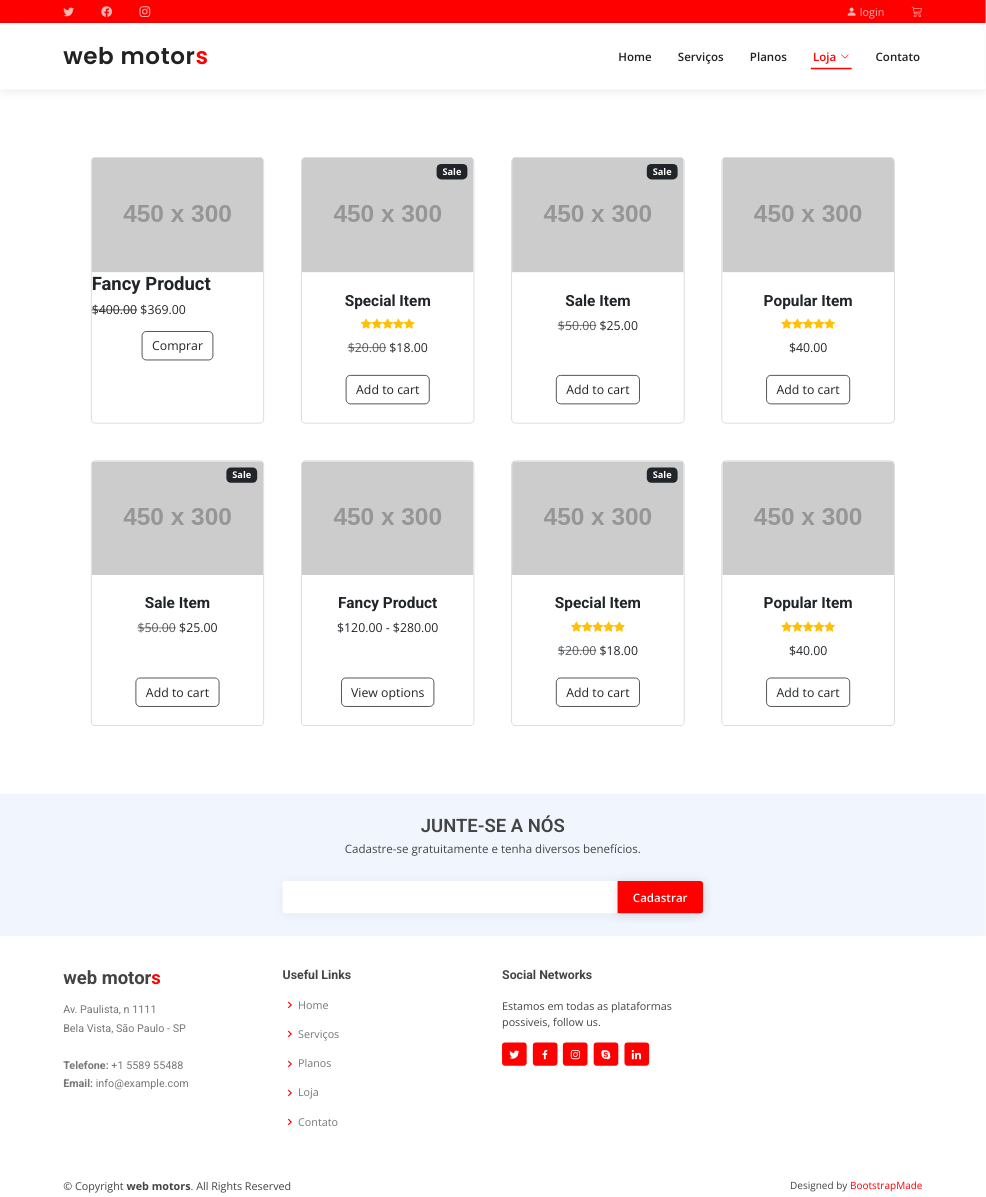
Repository: 01nethy/WebMotors
Page: produtos.html
These files come from the project's save history. The page is drawn as it stood at one moment and after the next save; the edit follows.
The browser window is 1280 px wide. The pictures show the whole page, at 77% of full size.

Above is the page before, as saved 2023-12-08 14:52:16.

After the next save:
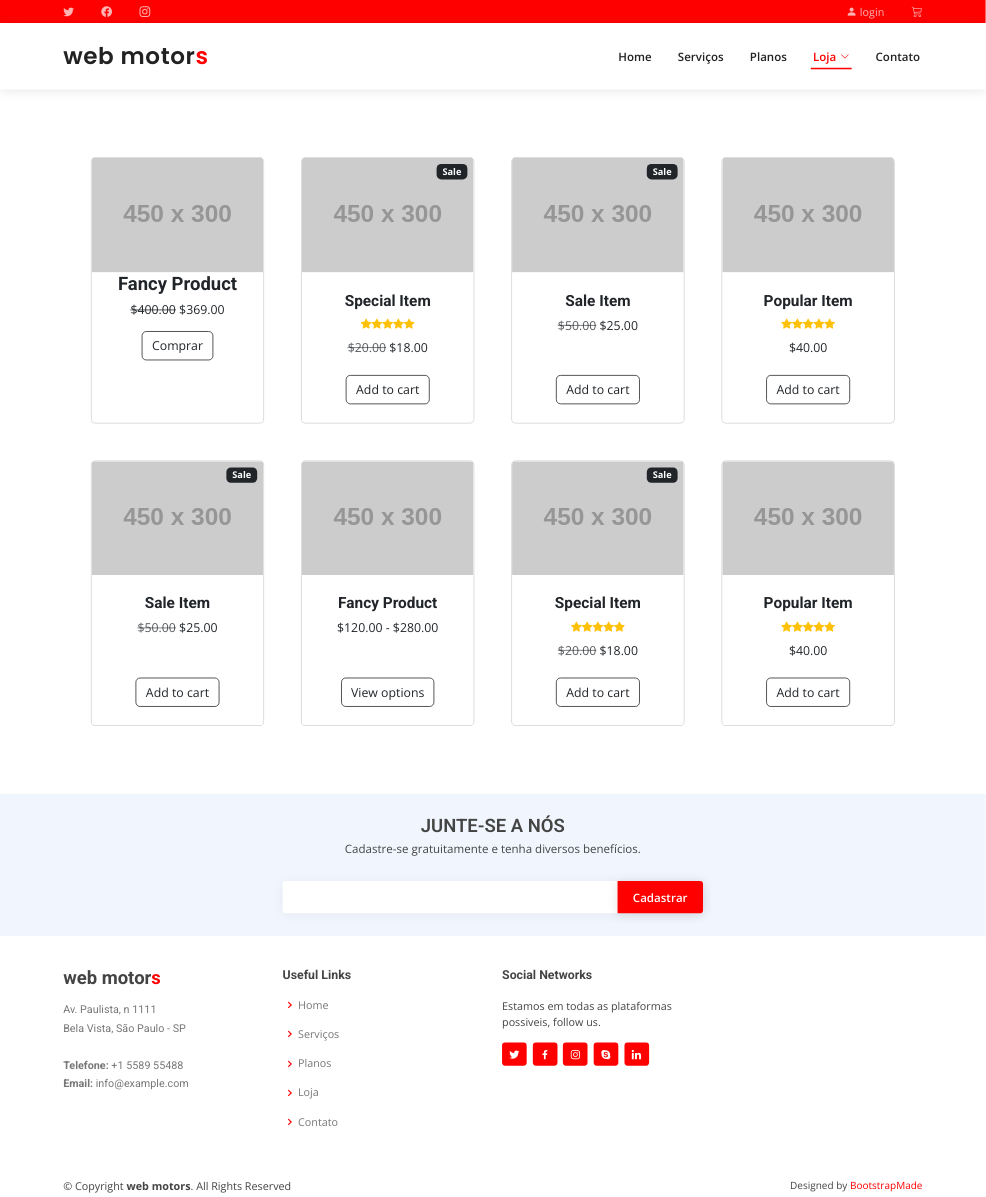
Saved 25 s later.
--- a/produtos.html
+++ b/produtos.html
@@ -97,7 +97,7 @@
             <div class="card h-100">
               <img class="card-img-top" src="https://dummyimage.com/450x300/dee2e6/6c757d.jpg" alt="..." />
 
-              <div class="thumb-content">
+              <div class="text-center">
                 <!-- Product name-->
                 <h4 class="fw-bolder">Fancy Product</h4>
                 <p class="item-price">
